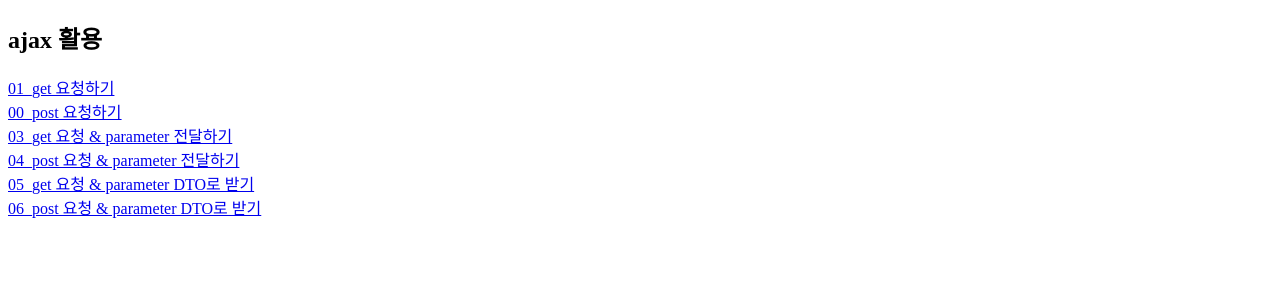
Repository: kiyongee2/web_qbit
Page: http://localhost/index
The author's editor kept a copy of each file at every save. The page is drawn from the files as they stood at one save, then again after the next save.
The browser window is 1280 px wide. The pictures show the whole page.
The page is this project's Thymeleaf template; nobody is signed in. The template is opened directly, without the code that normally fills it, so the values that code supplies are empty.

Above is the page before, as saved 2025-09-08 09:57:42.

After the next save:
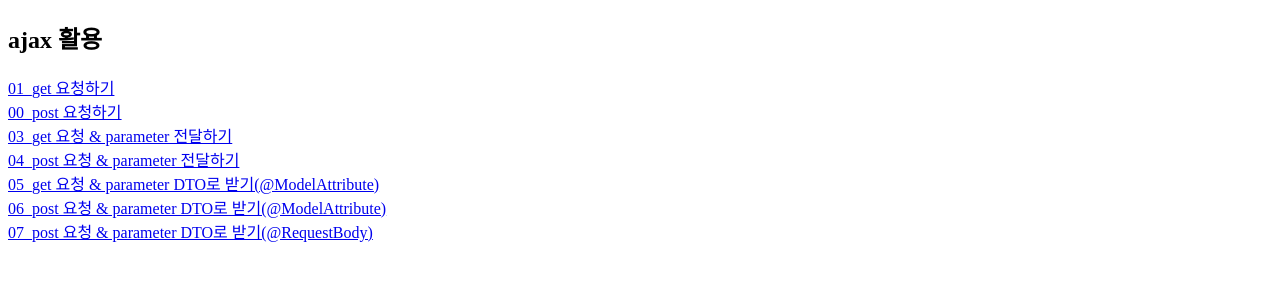
Saved 2 min 27 s later.
--- a/springworks/ajax-test/src/main/resources/templates/index.html
+++ b/springworks/ajax-test/src/main/resources/templates/index.html
@@ -15,7 +15,8 @@
 	<a href="/ajax-ex-02">00_post 요청하기</a>
 	<a href="/ajax-ex-03">03_get 요청 & parameter 전달하기</a>
 	<a href="/ajax-ex-04">04_post 요청 & parameter 전달하기</a>
-	<a href="/ajax-ex-05">05_get 요청 & parameter DTO로 받기</a>
-	<a href="/ajax-ex-06">06_post 요청 & parameter DTO로 받기</a>
+	<a href="/ajax-ex-05">05_get 요청 & parameter DTO로 받기(@ModelAttribute)</a>
+	<a href="/ajax-ex-06">06_post 요청 & parameter DTO로 받기(@ModelAttribute)</a>
+	<a href="/ajax-ex-07">07_post 요청 & parameter DTO로 받기(@RequestBody)</a>
 </body>
 </html>
